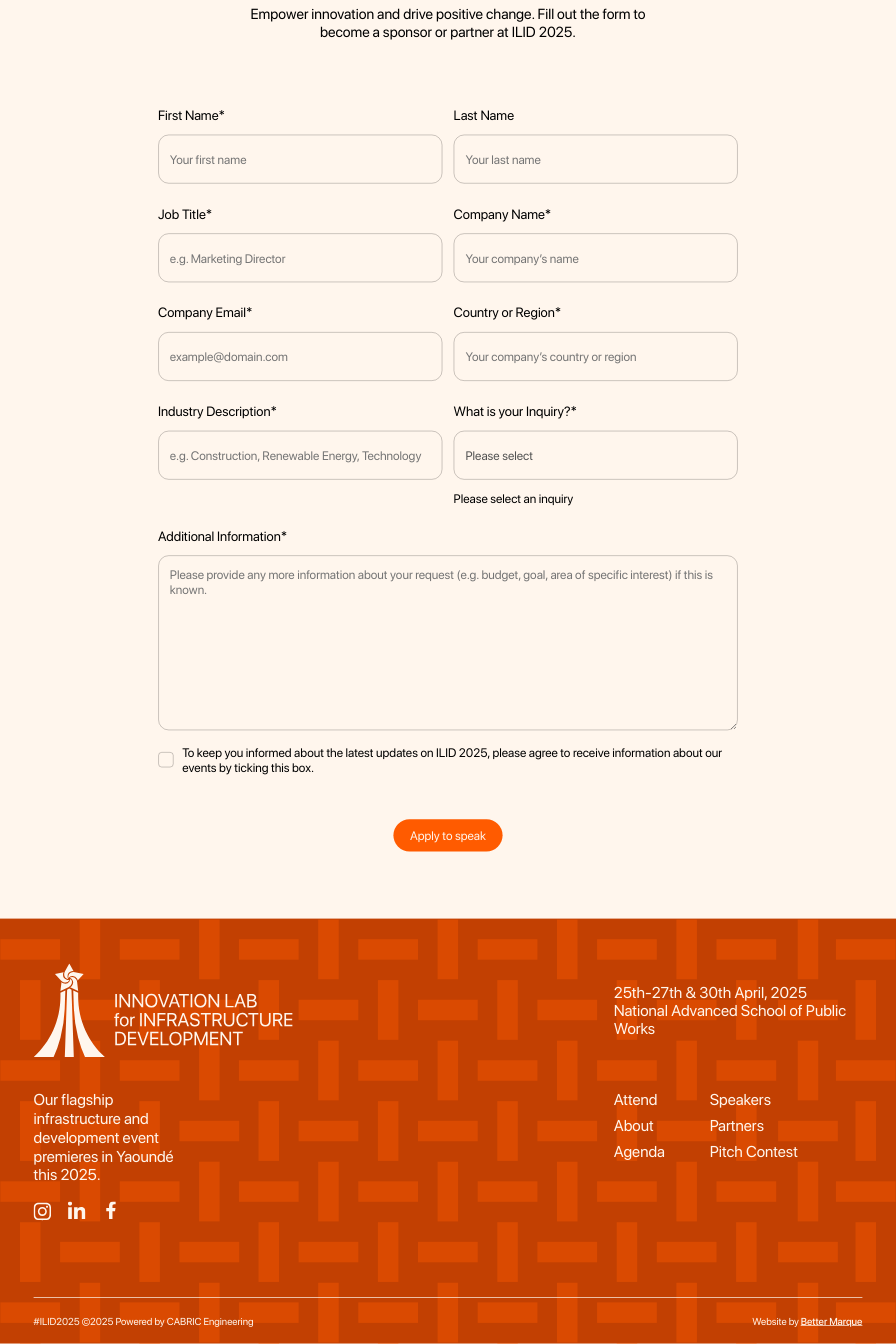
Repository: ilidevent/ilidwebsite
Page: /partners
An editor plug-in stored every save of this project. The page is shown before and after a run of saves, followed by the edit.
The browser window is 1280 px wide. The pictures show the part of the page from y = 875 to 2795 px (the page is 2795 px tall before and 2758 px after), at 70% of full size.
The project was rebuilt for these pictures with package versions that can differ from the ones it lists, and the page was loaded fresh each time. The framework's server and built-in components were replaced by stand-ins that run in the browser. Also part of the build but not shown: next.config.ts, components/ReUsables/ButtonTwo.tsx, styles/ReUsables/aboutboxwrapper.module.scss, components/ReUsables/TextEmail.tsx, styles/ReUsables/sloganbanner.module.scss, components/ReUsables/SloganBanner.tsx, styles/ReUsables/paddingtop.module.scss, components/ReUsables/PaddingTop.tsx and 43 more.

Above is the page before, as saved 2025-03-17 12:28:14.

### app/layout.tsx
import type { Metadata } from "next";
import localFont from "next/font/local";
import { Navbar } from "@/components";
import "../styles/globals.scss";
import Footer from "@/components/Navigation/Footer";

const regular = localFont({
  src: "./fonts/SF-Pro-Display-Regular.ttf",
  variable: "--regular-font"
})

const medium = localFont({
  src: "./fonts/SF-Pro-Display-Medium.ttf",
  variable: "--medium-font"
})

const semibold = localFont({
  src: "./fonts/SF-Pro-Display-Semibold.ttf",
  variable: "--semibold-font"
})

const heavy = localFont({
  src: "./fonts/SF-Pro-Display-Heavy.ttf",
  variable: "--heavy-font"
})

const script = localFont({
  src: "./fonts/VT323-Regular.ttf",
  variable: "--script-font"
})

export const metadata: Metadata = {
  title: "Innovation Lab for Infrastructure Development",
  description: "Generated by create next app",
};

export default function RootLayout({
  children,
}: Readonly<{
  children: React.ReactNode;
}>) {
  return (
    <html lang="en">
      <body className={`${regular.variable} ${medium.variable} ${semibold.variable} ${heavy.variable} ${script.variable}`}>
        <Navbar/>
        {children}
        <Footer/>
      </body>
    </html>
  );
}

### app/partners/layout.tsx
import type { Metadata } from "next";

export const metadata: Metadata = {
  title: "Partners ILID 2025",
  description: "From strategy to design, we craft brands that elevate visibility, build trust, and drive industry success.",
};

export default function RootLayout({
  children,
}: Readonly<{
  children: React.ReactNode;
}>) {
  return <>{children}</>;
}

### app/partners/page.tsx
import React from 'react'
import { PartnersPageWrapper } from '@/components'

const PartnersPage = () => {
  return (
    <div className='main'>
      <PartnersPageWrapper/>
    </div>
  )
}

export default PartnersPage

### components/index.ts
import Navbar from "./Navigation/Navbar";
import HomePageWrapper from "./HomePage/HomePageWrapper";
import AttendPageWrapper from "./AttendPage/AttendPageWrapper";
import SpeakerPageWrapper from "./SpeakerPage/SpeakerPageWrapper";
import AboutPageWrapper from "./AboutPage/AboutPageWrapper";
import AgendaPageWrapper from "./AgendaPage/AgendaPageWrapper";
import PitchPageWrapper from "./PitchPage/PitchPageWrapper";
import PartnersPageWrapper from "./PartnersPage/PartnersPageWrapper";

export {
  Navbar,
  HomePageWrapper,
  AttendPageWrapper,
  SpeakerPageWrapper,
  AboutPageWrapper,
  AgendaPageWrapper,
  PitchPageWrapper,
  PartnersPageWrapper
}

### components/Navigation/Navbar.tsx
import React from 'react'
import Image from 'next/image'
import Link from 'next/link'
import LOGO from "../../public/svg/whitelogo.svg"
import Button from '../ReUsables/Button'
import styles from "../../styles/Navigation/navbar.module.scss"

const Navbar = () => {
  const navLinks = [
    {
      name: "Attend",
      link: "/attend"
    },
    {
      name: "Speakers",
      link: "/speakers"
    },
    {
      name: "About",
      link: "/about"
    },
    {
      name: "Agenda",
      link: "/agenda"
    }
  ]

  const buttonOne = {
    name: "Pitch your idea",
    link: "/pitch-contest",
  }

  const buttonTwo = {
    name: "Partner with us",
    link: "/partners",
  }

  return (
    <>
      <header className={styles.nav__header}>
        <div className={`container ${styles.nav__container}`}>
          <Link className={styles.nav__logo} href="/">
            <Image fill quality={100} alt='ILID Logo' src={LOGO}/>
          </Link>
          <nav className={styles.nav__center}>
            {
              navLinks.map((data, i) => (
                <Link key={i} href={data.link}>{data.name}</Link>
              ))
            }
          </nav>
          <nav className={styles.nav__right}>
            <Button fill={false} buttonInfo={buttonOne}/>
            <Button fill buttonInfo={buttonTwo}/>
          </nav>
        </div>
      </header>
    </>
  )
}

export default Navbar

### components/PartnersPage/PartnersPageWrapper.tsx
"use client";

import React, { useEffect, useState, useRef } from "react";
import Lenis from "lenis";
import ReusableSection from "../ReUsables/ReusableSection";
import SpeakerForm from "../SpeakerPage/SpeakerForm";
import HeroSection from "../ReUsables/HeroSection";
import PartnersForm from "./PartnersForm";
import VenueBanner from "../ReUsables/VenueBanner";

const PartnersPageWrapper = () => {
  const [lenis, setLenis] = useState<Lenis | null>(null);
  const formRef = useRef<HTMLDivElement | null>(null);

  useEffect(() => {
    const lenisInstance = new Lenis({
      duration: 1,
    });

    function raf(time: number) {
      lenisInstance.raf(time);
      requestAnimationFrame(raf);
    }

    requestAnimationFrame(raf);

    // Store the lenis instance in state
    setLenis(lenisInstance);
  }, []);

  const HeroContent = {
    largeText: "Sponsor or Partner at ILID 2025",
    normalText:
      "Sponsor or Partner with us to ignite innovation, empower emerging leaders, and create resilient, future-ready communities in Cameroon.",
    buttonProps: {
      name: "Partner with us",
    }
  };

  const formContent = {
    header: "Become a Sponsor or Partner",
    keywords: ["Become"],
    text: "Empower innovation and drive positive change. Fill out the form to become a sponsor or  partner at ILID 2025.",
  };

  const HeroBreakpoints = {
    lg: "75vh",
    nm: "85vh",
    md: "100vh",
    sm: "100vh",
  };
  return (
    <>
      <HeroSection
        herocontent={HeroContent}
        breakpoints={HeroBreakpoints}
        lenis={lenis}
        reference={formRef}
      />
      <VenueBanner />
      <ReusableSection
        header={formContent.header}
        keywords={formContent.keywords}
        text={formContent.text}
        textColor="#000000"
        backgroundColor="#FFF6ED"
        ref={formRef}
      >
        <PartnersForm />
      </ReusableSection>
    </>
  )
}

export default PartnersPageWrapper

### styles/Navigation/footer.module.scss
.footer__section{
  width: 100%;
  height: auto;
  position: relative;
  background-color: var(--darkorange);
  padding: 4rem 0 0;
  color: var(--body-color);
}

.footer__container{
  height: auto;
  position: relative;
  z-index: 1;
  display: flex;
  flex-direction: column;
  gap: 7rem;
}

.footer__top{
  position: relative;
  width: 100%;
  display: flex;
  flex-direction: column;
  gap: 3rem;
  justify-content: flex-start;
  align-items: flex-start;
}

.ft__top{
  width: 100%;
  height: auto;
  display: flex;
  justify-content: space-between;
  align-items: center;
}

.ft__image{
  width: 370px;
  aspect-ratio: 1112.0159/400;
  position: relative;

  img {
    object-fit: cover;
  }
}

.loca__venue{
  width: 30%;
  height: auto;

  span{
    font-size: calc(var(--normal-font-size) + 0.3rem);
  }
}

.ft__bottom{
  width: 100%;
  height: auto;
  display: flex;
  justify-content: space-between;
  align-items: flex-start;
}

.ftb__left{
  width: 20%;
  height: auto;
  display: flex;
  flex-direction: column;
  gap: 1.5rem;

  p{
    font-size: calc(var(--normal-font-size) + 0.3rem);
    line-height: 1.2;
  }
}

.svg__container{
  position: relative;
  display: flex;
  gap: 1.5rem;
}

.svg{
  width: 25px;
  height: 25px;
  display: block;
  color: var(--body-color);
  position: relative;
}

.ftb__right{
  width: 30%;
  height: auto;
  display: flex;
  gap: 4rem;
  align-items: flex-start;
}

.fnav__links{
  display: flex;
  flex-direction: column;
  gap: 0.7rem;

  a{
    color: var(--body-color);
    font-size: calc(var(--normal-font-size) + 0.3rem);
    opacity: 1;
    transition: all 0.7s ease;

    &:hover{
      opacity: 0.6;
    }
  }
}

.fback__image{
  width: 100%;
  height: 100%;
  position: absolute;
  top: 0;
  left: 0;

  img{
    object-fit: cover;
  }
}

.footer__bottom{
  width: 100%;
  padding: 1.5rem 0;
  border-top: 1px solid var(--body-color);
  font-size: var(--small-font-size);
  display: flex;
  justify-content: space-between;
  align-items: center;

  p{
    display: flex;
    gap: 0.15rem;

    .better{
      font-family: var(--medium-font);
      text-decoration: underline;
      cursor: pointer;
    }
  }
}

### components/ReUsables/Button.tsx
"use client";

import React from "react";
import Link from "next/link";
import styles from "../../styles/ReUsables/button.module.scss";

interface ButtonInfo {
  name: string;
  link?: string;
}

interface ButtonProps {
  buttonInfo: ButtonInfo;
  fill: boolean;
  onClick?: () => void;
}

const Button = ({ buttonInfo, fill, onClick }: ButtonProps) => {
  // If a link is provided, render a Link
  if (buttonInfo.link) {
    return fill ? (
      <Link className={styles.button__background} href={buttonInfo.link}>
        {buttonInfo.name}
      </Link>
    ) : (
      <Link className={styles.button__stroke} href={buttonInfo.link}>
        {buttonInfo.name}
      </Link>
    );
  }

  // If no link is provided but an onClick is available, render a clickable span
  if (onClick) {
    return fill ? (
      <span className={styles.button__background} onClick={onClick}>
        {buttonInfo.name}
      </span>
    ) : (
      <span className={styles.button__stroke} onClick={onClick}>
        {buttonInfo.name}
      </span>
    );
  }

  // Fallback: render a non-clickable span
  return fill ? (
    <span className={styles.button__background}>{buttonInfo.name}</span>
  ) : (
    <span className={styles.button__stroke}>{buttonInfo.name}</span>
  );
};

export default Button;

### styles/Navigation/navbar.module.scss
.nav__header {
  width: 100%;
  height: auto;
  padding: 1rem 0;
  position: fixed;
  top: 0;
  left: 0;
  z-index: 100;
}

.nav__container {
  position: relative;
  display: flex;
  justify-content: space-between;
  align-items: center;
}

.nav__logo {
  width: 270px;
  aspect-ratio: 1112.0159/400;
  position: relative;

  img {
    object-fit: cover;
  }
}

.nav__center {
  position: absolute;
  top: 50%;
  left: 50%;
  transform: translate(-50%, -50%);
  display: flex;
  gap: 1.5rem;

  a {
    color: var(--body-color);
    opacity: 1;
    transition: opacity 0.5s ease;

    &:hover {
      opacity: 0.5;
    }
  }
}

.nav__right{
  display: flex;
  gap: 1.5rem
}

### components/ReUsables/HeroSection.tsx
import React from "react";
import Button from "./Button";
import Image from "next/image";
import Lenis from "lenis";
import HEROBACK from "../../public/svg/heroback.svg"
import styles from "../../styles/ReUsables/herosection.module.scss";

interface HeroContent {
  largeText: string;
  normalText: string;
  buttonText?: string;
  buttonProps: {
    name: string;
    link?: string;
  };
}

interface HeroBreakpoints {
  lg: string;
  nm: string;
  md: string;
  sm: string;
}

const HeroSection = ({
  herocontent,
  breakpoints,
  lenis,
  reference,
}: {
  herocontent: HeroContent;
  breakpoints: HeroBreakpoints;
  lenis?: Lenis | null;
  reference?: React.RefObject<HTMLDivElement | null>;
}) => {


  const handleLenisScroll = () => {
    if (lenis && reference?.current) {
      const referenceTop =
        window.scrollY + reference?.current.getBoundingClientRect().top;
      lenis.scrollTo(referenceTop);
    }
  };


  return (
    <section
      className={styles.hero__section}
      style={
        {
          "--lg": breakpoints.lg,
          "--nm": breakpoints.nm,
          "--md": breakpoints.md,
          "--sm": breakpoints.sm,
        } as React.CSSProperties
      }
    >
      <div className={styles.hero__container}>
        <div className={styles.content__wrapper}>
          <div className={styles.large__text}>
            <h1>{herocontent.largeText}</h1>
          </div>
          <div className={styles.normal__text}>
            <p>{herocontent.normalText}</p>
          </div>
          <div className={styles.hbutton__wrapper}>
            {herocontent.buttonText && <p className={styles.button__text}>{herocontent.buttonText}</p>}
            <Button fill={false} buttonInfo={herocontent.buttonProps} onClick={handleLenisScroll}/>
          </div>
        </div>
      </div>
      <div className={styles.hero__image}>
        <Image fill quality={100} alt="ILID Pattern" src={HEROBACK}/>
      </div>
    </section>
  );
};

export default HeroSection;

### styles/ReUsables/button.module.scss
.button__background{
  padding: 0.7rem 1.5rem;
  border-radius: 100px;
  background-color: var(--body-color);
  color: var(--orange);
  border: 1px solid transparent;
  transition: all 0.5s ease;
  cursor: pointer;

  &:hover{
    border: 1px solid var(--body-color);
    color: var(--body-color);
    background-color: transparent;
  }
}

.button__stroke{
  padding: 0.7rem 1.5rem;
  border-radius: 100px;
  background-color: transparent;
  color: var(--body-color);
  border: 1px solid var(--body-color);
  transition: all 0.5s ease;
  cursor: pointer;

  &:hover{
    border: 1px solid transparent;
    color: var(--orange);
    background-color: var(--body-color);
  }
}

.button__strokeTwo{
  padding: 0.7rem 1.5rem;
  border-radius: 100px;
  background-color: transparent;
  color: var(--orange);
  border: 1px solid var(--orange);
  transition: all 0.5s ease;

  &:hover{
    border: 1px solid transparent;
    color: var(--body-color);
    background-color: var(--orange);
  }
}

### styles/ReUsables/herosection.module.scss
.hero__section {
  width: 100vw;
  height: var(--nm);
  background-color: var(--darkorange);
  position: relative;
  color: var(--body-color);
}

.hero__image{
  width: 100%;
  height: 100%;
  position: absolute;
  top: 0;
  left: 0;

  img{
    object-fit: cover;
  }
}

.hero__container {
  width: 100%;
  height: 100%;
  position: relative;
  z-index: 1;
}

.content__wrapper {
  width: 930px;
  height: auto;
  position: absolute;
  top: 150px;
  left: 50%;
  transform: translateX(-50%);
  display: flex;
  flex-direction: column;
  justify-content: flex-start;
  align-items: center;
  gap: 1.5rem;
}

.large__text {
  h1 {
    font-size: calc(var(--biggest-font-size) - 2.3rem);
    font-weight: 100;
    text-align: center;
    line-height: 1.03;
  }
}

.normal__text {
  width: 70%;
  text-align: center;

  p {
    font-size: calc(var(--normal-font-size) + 0.2rem);
  }
}

.hbutton__wrapper{
  display: flex;
  flex-direction: column;
  gap: 1rem;
  align-items: center;
  margin-top: 1.5rem;
}

@media screen and (min-height: 800px) {
  .hero__section{
    height: var(--lg);
  }

  .content__wrapper{
    width: 1030px;
    top: 21%;
  }

  .large__text {
    h1 {
      font-size: calc(var(--biggest-font-size) - 1.5rem);
      font-weight: 100;
      text-align: center;
      line-height: 1.1;
    }
  }

  .normal__text {
    width: 70%;
    text-align: center;

    p {
      font-size: calc(var(--h2-font-size) - 1rem);
    }
  }

  .hbutton__wrapper{
    display: flex;
    flex-direction: column;
    gap: 1.5rem;
    align-items: center;
    margin-top: 2rem;
  }
}

### styles/ReUsables/venuebanner.module.scss
.vb__section{
  position: relative;
  width: 100%;
  height: auto;
  padding: 0rem 0 3rem;
}

.vbslider__container{
  width: 100%;
  padding: 2rem 0;
  border-bottom: 1px solid var(--orange);
}

.vb__slider{
  width: max-content;
  position: relative;
  display: flex;
}

.vslider__main{
  display: flex;

  .vslider__space{
    width: 1rem;
    height: 1rem;
    display: block;
  }
}

.vslider__content{
  display: flex;
  gap: 1.5rem;
  align-items: center;
  font-family: var(--script-font);
  font-size: calc(var(--h2-font-size) - 0.3rem);
  color: var(--orange);
}

.vfirst__slide{
  display: flex;
  align-items: center;
  gap: 1.5rem;

  p{
    word-wrap: none;
  }

  .vspan__button{
    display: block;
    width: 1rem;
    height: 1rem;
    border-radius: 50%;
    background-color: var(--orange);
  }
}

### components/ReUsables/HighlighedText.tsx
import React from 'react'
import styles from "../../styles/ReUsables/highlightedtext.module.scss";

interface HighlightedTextProps {
  text: string;
  keywords?: string[];
  color: string;
}

const HighlightedText = ({
  text,
  keywords,
  color
}: HighlightedTextProps) => {
  // Split the text into words
  const words = text.split(" ");

  return (
    <p className={styles.large__text}>
      {words.map((word, index) => {
        // Remove punctuation for matching and convert to lowercase.
        const cleanedWord = word.replace(/[.,!?;:()]/g, "");

        if (keywords?.includes(cleanedWord)) {
          return (
            <span key={index} style={{color: "var(--orange)"}}>
              {word}{" "}
            </span>
          );
        } else {
          return (
            <span key={index} style={{color: color}}>
              {word}{" "}
            </span>
          );
        }
      })}
    </p>
  );
};

export default HighlightedText;

### styles/ReUsables/reusablesection.module.scss
.rs__content{
  width: 100%;
  height: auto;
  position: relative;
}

.rs__container{
  height: max-content;
}

.rs__wrapper{
  width: 100%;
  height: auto;
  display: flex;
  flex-direction: column;
  justify-content: flex-start;
  gap: 6rem;
  align-items: center;
}

.rscontent__header{
  width: 60%;
  display: flex;
  flex-direction: column;
  align-items: center;
  justify-content: flex-start;
  gap: 1rem;

  .p__tag{
    text-align: center;
    width: 85%;
    font-size: calc(var(--normal-font-size) + 0.2rem);
  }
}

.rsmain__content{
  width: 100%;
  height: auto;
}

.rButton{
  display: flex;
  flex-direction: column;
  align-items: center;

}

.rbutton__text{
  width: max-content;
  margin-bottom: 1rem;
}

### components/ReUsables/FormInput.tsx
"use client";

import React, { useState, useEffect } from "react";
import styles from "../../styles/ReUsables/forminput.module.scss";

interface FormField {
  id: number;
  name: string;
  type: string;
  placeholder: string;
  errorMessage?: string;
  label: string;
  required: boolean;
  minlength?: number;
  inputState: boolean;
}

const FormInput = ({
  data,
  isSubmitting,
}: {
  data: FormField;
  isSubmitting: boolean;
}) => {
  const [focused, setFocused] = useState(false);

  useEffect(() => {
    if (isSubmitting) {
      setFocused(false);
    }
  }, [isSubmitting]);

  const handleFocus = () => {
    if (!isSubmitting) { // Skip onBlur during form reset/submission
      setFocused(true);
    }
  };

  return (
    <div className={styles.input__wrapper}>
      <label htmlFor={data.name} className={styles.label}>
        {data.label}
      </label>
      {data.inputState ? (
        <input
          className={styles.input}
          name={data.name}
          type={data.type}
          placeholder={data.placeholder}
          required={data.required}
          minLength={data.minlength}
          onBlur={handleFocus}
          data-focused={focused.toString()}
        />
      ) : (
        <textarea
          className={styles.textarea}
          name={data.name}
          placeholder={data.placeholder}
          required={data.required}
          minLength={data.minlength}
          onBlur={handleFocus}
          data-focused={focused.toString()}
        />
      )}
      <span className={styles.error}>{data.errorMessage}</span>
    </div>
  );
};

export default FormInput;

### styles/ReUsables/highlightedtext.module.scss
.large__text{
  font-size: calc(var(--h2-font-size) + 0.6rem);
}

.phrase__text{
  font-size: calc(var(--normal-font-size) + 0.6rem);
  text-align: justify;
}

### components/ReUsables/FormSelector.tsx
import React from "react";
import styles from "../../styles/ReUsables/formselector.module.scss";

const FormSelector = () => {
  return (
    <div className={styles.select__wrapper}>
      <span className={styles.flabel}>What is your Inquiry?*</span>
      <div className={styles.finput}>
        <span className={styles.selection}>Please select</span>
      </div>
      <span className={styles.ferror}>Please select an inquiry</span>
    </div>
  );
};

export default FormSelector;

### styles/ReUsables/forminput.module.scss
.input__wrapper{
  width: 100%;
  height: auto;
  display: flex;
  flex-direction: column;
  gap: 1rem
}

.label{
  font-size: calc(var(--normal-font-size) + 0.1rem);
  text-transform: none;
}

.input {
  width: 100%;
  height: 70px;
  padding-left: 1rem;
  outline: none;
  background-color: transparent;
  border-radius: 15px;
  border: 1px solid rgba(0, 0, 0, 0.3);


  &:focus {
    border: 1px solid #ffa473;
  }

  &:invalid[data-focused="true"] {
    border: 1px solid red;
  }

  &:invalid[data-focused="true"] ~ .error {
    display: block;
  }
}

.textarea {
  width: 100%;
  min-height: 250px;
  padding-top: 1rem;
  padding-left: 1rem;
  outline: none;
  border: 1px solid rgba(0, 0, 0, 0.3);
  background-color: transparent;
  border-radius: 15px;


  &:focus {
    border: 1px solid #ffa473;
  }

  &:invalid[data-focused="true"] {
    border: 1px solid rgb(255, 0, 0);
  }

  &:invalid[data-focused="true"] ~ .error {
    display: block;
  }
}

.error {
  font-size: calc(var(--normal-font-size) - 0.1rem);
  color: rgb(255, 0, 0);
  display: none;
  margin-top: -0.2rem;
}

### styles/ReUsables/formselector.module.scss
.select__wrapper{
  width: 100%;
  height: auto;
  display: flex;
  flex-direction: column;
  gap: 1rem;
  position: relative;
}

.flabel{
  font-size: calc(var(--normal-font-size) + 0.1rem);
  text-transform: none;
}

.finput {
  width: 100%;
  position: relative;
  height: 70px;
  background-color: transparent;
  border-radius: 15px;
  border: 1px solid rgba(0, 0, 0, 0.3);
}

.selection{
  position: absolute;
  top: 50%;
  left: 1rem;
  transform: translateY(-50%);
  color: var(--text-color-light);
}

Loaded but not shown: utils/index.ts (2098 lines, source omitted); components/Navigation/BetterMarque.tsx (236 lines, source omitted); components/Navigation/Footer.tsx (119 lines, source omitted); components/PartnersPage/PartnersForm.tsx (122 lines, source omitted); components/ReUsables/VenueBanner.tsx (90 lines, source omitted); styles/Navigation/bettermarque.module.scss (150 lines, source omitted); styles/globals.scss (167 lines, source omitted); components/ReUsables/ReusableSection.tsx (86 lines, source omitted); styles/AttendPage/attendform.module.scss (137 lines, source omitted)

After the next 2 saves:
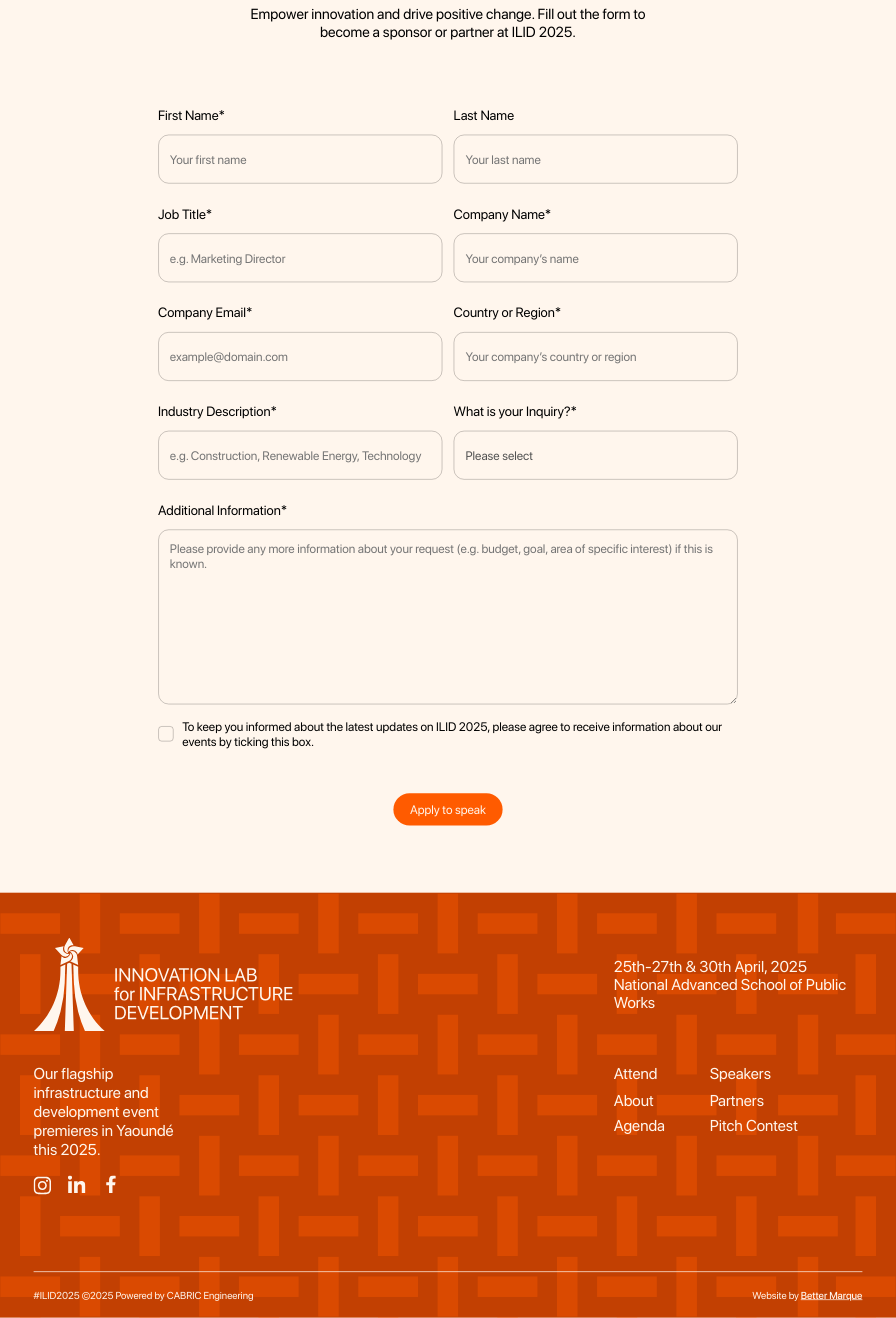
The 2 saves are shown as one change because they came seconds apart.
The last was saved 27 s later.
--- a/styles/ReUsables/formselector.module.scss
+++ b/styles/ReUsables/formselector.module.scss
@@ -28,3 +28,10 @@
   transform: translateY(-50%);
   color: var(--text-color-light);
 }
+
+.ferror {
+  font-size: calc(var(--normal-font-size) - 0.1rem);
+  color: rgb(255, 0, 0);
+  display: none;
+  margin-top: -0.2rem;
+}
